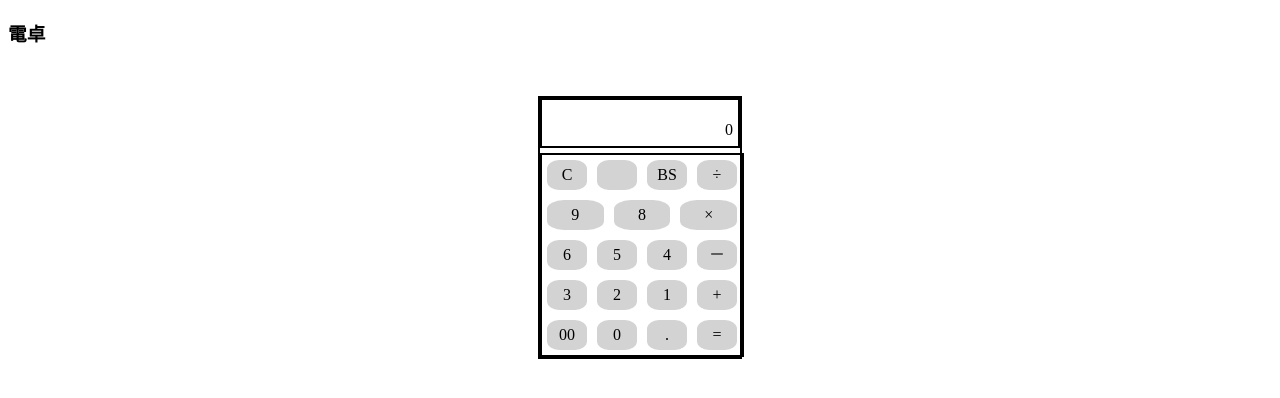
Repository: haya67/jsCalculator
Page: index.html
The author's editor kept a record of every edit. The page is drawn from the files as they stood at one moment, then again after the next edit.
The browser window is 1280 px wide. The pictures show the whole page.
Some web libraries are served in a nearby version.

Above is the page before.

### index.html
 <!DOCTYPE html>
 <html lang="en">
 <head>
 <meta charset="utf-8">
 <script src="https://code.jquery.com/jquery-3.2.1.js" integrity="sha256-DZAnKJ/6XZ9si04Hgrsxu/8s717jcIzLy3oi35EouyE=" crossorigin="anonymous"></script>
 <link rel="stylesheet" href="main.css">
 <title>電卓</title>
 </head>

 <body>
 <h3>電卓</h3>

 <!-- ここに記述していきましょう！ -->
 <div class = "container">

<!--      計算結果を出力する場所-->
      <div id = "output_total" class="output ">0</div>

<!--      計算過程を出力する -->
      <div id = "output_sub" class="output active">0</div>

<!--      ボタンを配置する場所-->
      <div class = 'input'>
          <section class = 'row'>
            <div id = "clear">C</div>
            <div class = "num_bth"></div>
            <div class = "num_bth" id="bs">BS</div>
            <div class = "num_bth cal" data-index-id= '/'>÷</div>
          </section>
          <section class = 'row'>
            <div class = "num_bth one_nine " data-index-id = 9 >9</div>
            <div class = "num_bth one_nine " data-index-id = 8 >8</div>

            <div class = "num_bth cal" data-index-id = '*'>×</div>
          </section>
          <section class = 'row'>
            <div class = "num_bth one_nine " data-index-id = 6 >6</div>
            <div class = "num_bth one_nine " data-index-id = 5 >5</div>
            <div class = "num_bth one_nine " data-index-id = 4 >4</div>
            <div class = "num_bth cal" data-index-id = '-'>－</div>
          </section>
          <section class = 'row'>
            <div class = "num_bth one_nine " data-index-id = 3 >3</div>
            <div class = "num_bth  one_nine" data-index-id = 2 >2</div>
            <div class = "num_bth  one_nine" data-index-id = 1 >1</div>
            <div class = "num_bth cal" data-index-id = '+'>+</div>
          </section>
          <section class = 'row'>
            <div class = "num_bth" data-index-id = 00 >00</div>
            <div class = "num_bth" id="zero" data-index-id = 0 >0</div>
            <div class = "num_bth" id="point" data-index-id = . >.</div>
            <div id = 'equal_btn'>=</div>
          </section>
      </div>
    </div>

 <script src="main.js"></script>
 </body>
 </html>

### main.css
.container {
  width: 200px;
  margin: 50px auto;
  border: 2px solid black;
}

.output {
  width: 200px;
  height: 50px;
  line-height: 50px;
  text-align: right;
  padding: 5px;
  margin-bottom: 5px;
  border:2px solid black;
  box-sizing: border-box;
  display:none;
}

.output.active {
  display:block;
}

.input {
  width:200px;
  border: 2px solid black;
}

.row {
  display: flex;
  justify-content: space-between;
  width: 200px;
}

.num_bth, #clear, #equal_btn{
  width: 60px;
  height: 30px;
  text-align: center;
  line-height: 30px;
  border-radius: 30%;
  background: lightgray;
  cursor: pointer;
  margin: 5px;
}

### main.js
$(document).ready(function(){

    const num_bth = document.querySelectorAll('.num_bth');

    // 計算結果を表示する所
    let output_sub = document.getElementById('output_sub');

    // 計算過程を表示するところ
    const output_total = document.getElementById('output_total');

    // 計算式を表す変数
    let total = 0;

    // // 最初の状態を定義
    let state = 'start';

    // 最初の整数入力モード
    let mode = 'integer_mode';


    // 1~9を押した時
    const one_nine = document.querySelectorAll ('.one_nine');
    one_nine.forEach(index => {
        index.addEventListener('click', () => {
            if(state === 'start') {
                total = index.dataset.indexId;
            }else if (state === 'finish') {
                reset();
                total = index.dataset.indexId;
            }else if (state === 'calculation' ) {
                total += index.dataset.indexId;
            }
            output_sub.textContent = total;
            state = 'calculation'
            // changeOutput()
        });
    });


    // 0を押したとき
    const zero = document.getElementById('zero');
    zero.addEventListener('click', () => {
        if(state === 'start' || state === 'finish' || state === 'calBtn'){
            if(output_sub.textContent.slice(-1) === '0') {
                console('前の文字はゼロ');
                return;
            }
        }

        if(state === 'start') {
            total = zero.dataset.indexId;
        }else {
            total += zero.dataset.indexId;
        }
        output_sub.textContent = total;
    });


    // .を押したとき
    const point = document.getElementById('point');
    point.addEventListener('click' , () => {
        console.log(point.dataset.indexId)
        if(mode === 'decimal_mode') {
            return;
        }
        if (state === 'start' || state === 'finish' ) {
            total = 0;
        }else if(state = 'calBtn') {
            if(output_sub.textContent.slice(-1) !=='0'){
                total += 0;
            }
        }
        total += point.dataset.indexId

        output_sub.textContent = total;
        state = 'calculation';
        mode = 'decimal_mode';

    });

    // +÷-×を押したとき
    const cal = document.querySelectorAll('.cal');
    cal.forEach(index => {
        index.addEventListener('click' , () => {
            if (state === 'start') {
                return;
            }else if(state === 'calculation') {
                total += index.dataset.indexId;
            }else if(state === 'finish') {
                total = output_total.textContent;
                total += index.dataset.indexId;
                output_total.textContent = 0;
            }
            console.log(index.dataset.indexId);
            output_sub.textContent = total;
            state = 'calBtn';
            mode = 'integer_mode';
        });
    });




    // =を押した時
    const equal_btn = document.getElementById('equal_btn');
    equal_btn.addEventListener('click', () => {
        console.log(eval(total));
        output_total.textContent = eval(total);
        state = 'finish';
        mode = 'integer_mode';
    });


    // Cを押した時
    const clear = document.getElementById('clear')
    clear.addEventListener('click' , () =>{
        reset();
    });

    function reset() {
        total = 0;
        output_sub.textContent = 0;
        output_total.textContent = 0;
        mode = 'integer_mode';
    };


    // // 計算過程画面と計算結果画面の切り替え
    function changeOutput() {
        if (state === 'finish') {
            output_total.classList.add('active');
            output_sub.classList.remove('active');
        } else{
            output_sub.classList.add('active');
            output_total.classList.remove('active');
        }
    };





})

After the next edit:
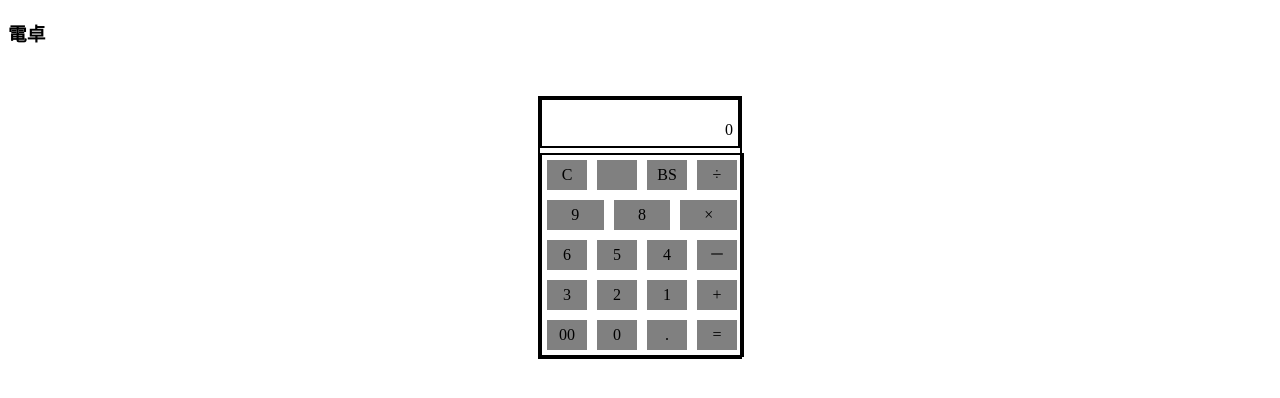
The edit:
--- a/main.css
+++ b/main.css
@@ -36,8 +36,7 @@
   height: 30px;
   text-align: center;
   line-height: 30px;
-  border-radius: 30%;
-  background: lightgray;
+  background: gray;
   cursor: pointer;
   margin: 5px;
 }
